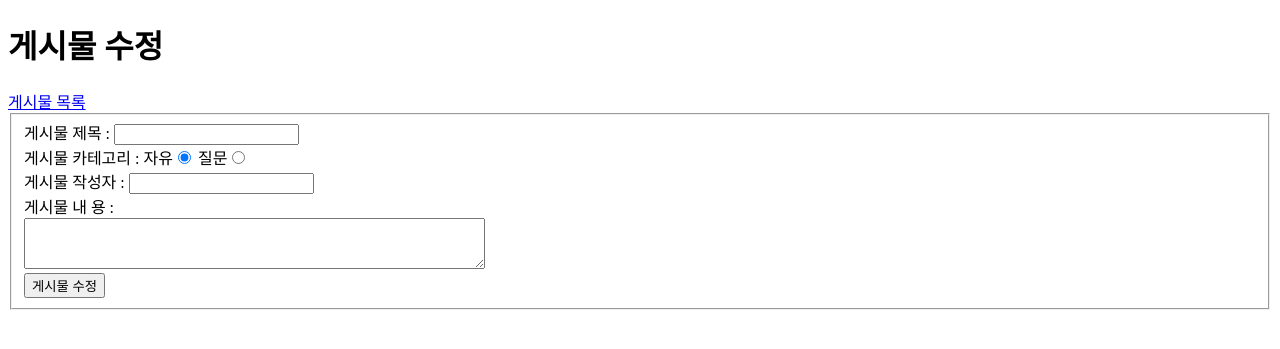
Repository: syc98syc/KB04_TeamProject
Page: http://localhost/jgig/WEB-INF/jsp/board/delete_form.jsp
The author's editor kept a copy of each file at every save. The page is drawn from the files as they stood at one save, then again after the next save.
The browser window is 1280 px wide. The pictures show the whole page.
The page is served by Tomcat 9. Nobody is signed in. Other server files are loaded and not shown. The template is opened directly, without the code that normally fills it, so the values that code supplies are empty.

Above is the page before, as saved 2023-09-05 05:29:00.

### jgig/src/main/webapp/WEB-INF/jsp/board/delete_form.jsp
<%@ page language="java" contentType="text/html; charset=UTF-8"
    pageEncoding="UTF-8"%>
<!DOCTYPE html>
<html>
<head>
<meta charset="UTF-8">
<title>게시물 수정</title>
</head>
<body>
	<h1>게시물 수정</h1>
	<a href="board_list">게시물 목록</a> <br>
	<form action="board_update_action" method="post">
		<fieldset>
			<input type="hidden" name="no" value="${dto.brd_id}">
			게시물 제목 : <input type="text" name="title" value="${dto.title}"> <br>
			게시물 카테고리 : 자유<input type="radio" name="brd_category" value='자유' checked>
						질문<input type="radio" name="brd_category" value='질문'><br>
			게시물 작성자 : <input type="text" name="mem_id" value="${dto.mem_id}"> <br>
			게시물 내 용 : <br>
			<textarea rows="3" cols="55" name="brd_content">${dto.brd_content}</textarea>
			<br>
			<input type="submit" value="게시물 수정">
		</fieldset>
	</form>

</body>
</html>

After the next save:
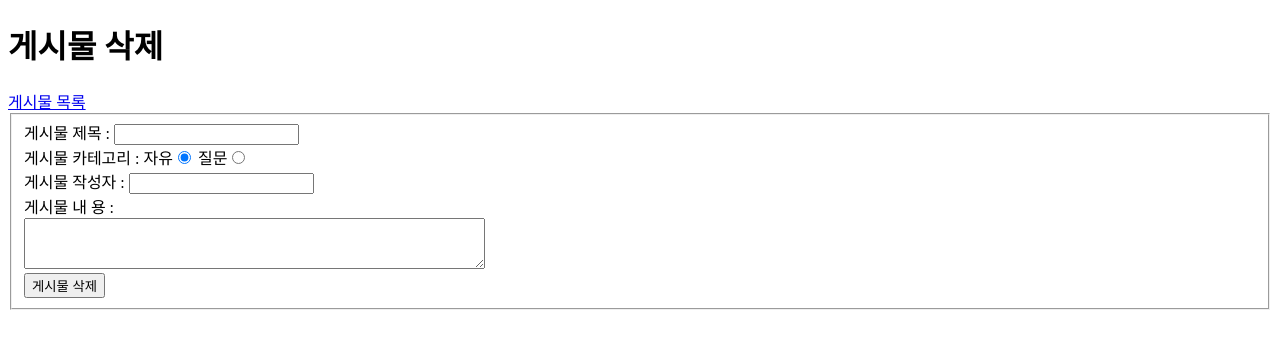
Saved 2 min 14 s later.
--- a/jgig/src/main/webapp/WEB-INF/jsp/board/delete_form.jsp
+++ b/jgig/src/main/webapp/WEB-INF/jsp/board/delete_form.jsp
@@ -4,12 +4,12 @@
 <html>
 <head>
 <meta charset="UTF-8">
-<title>게시물 수정</title>
+<title>게시물 삭제</title>
 </head>
 <body>
-	<h1>게시물 수정</h1>
+	<h1>게시물 삭제</h1>
 	<a href="board_list">게시물 목록</a> <br>
-	<form action="board_update_action" method="post">
+	<form action="board_delete_action" method="post">
 		<fieldset>
 			<input type="hidden" name="no" value="${dto.brd_id}">
 			게시물 제목 : <input type="text" name="title" value="${dto.title}"> <br>
@@ -19,7 +19,7 @@
 			게시물 내 용 : <br>
 			<textarea rows="3" cols="55" name="brd_content">${dto.brd_content}</textarea>
 			<br>
-			<input type="submit" value="게시물 수정">
+			<input type="submit" value="게시물 삭제">
 		</fieldset>
 	</form>
 
